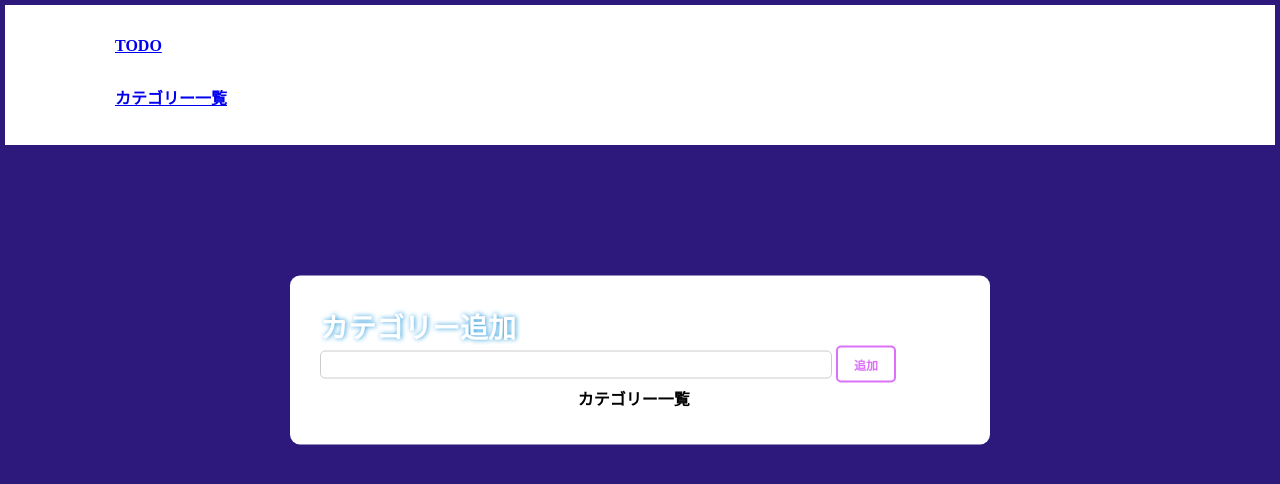
Repository: azuma2/cate
Page: http://localhost/cate
An editor plug-in stored every save of this project. The page is shown before and after the next save, followed by the edit.
The browser window is 1280 px wide. The pictures show the whole page.
The page is served by the project's Laravel application, run on PHP 8.4 with Laravel 8. Queries for data that is not in the repository find no rows.

Above is the page before, as saved 2022-05-18 00:57:58.

After the next save:
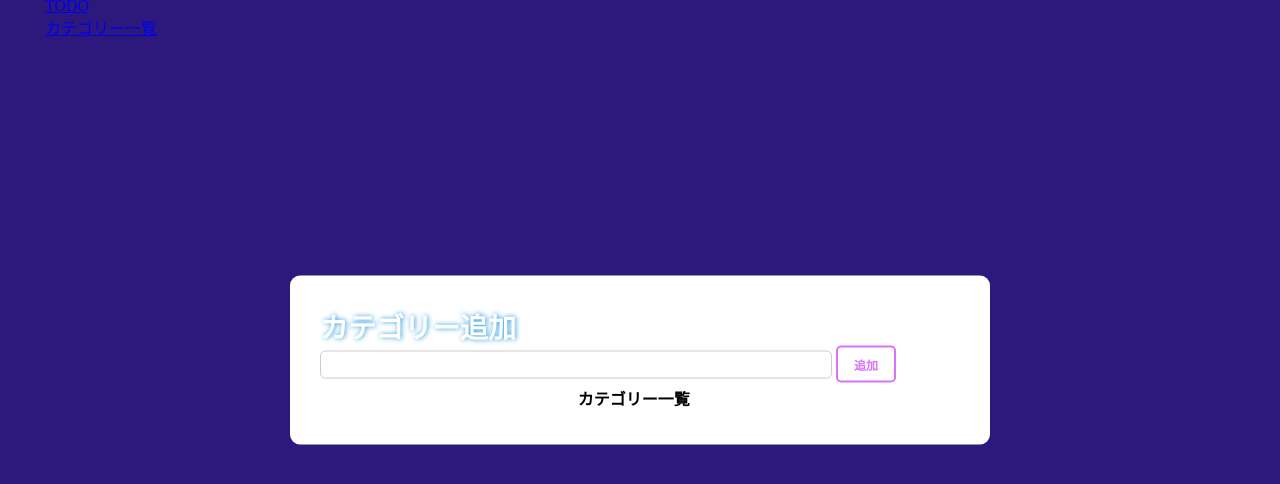
Saved 107 s later.
--- a/resources/views/cate.blade.php
+++ b/resources/views/cate.blade.php
@@ -5,33 +5,6 @@
       background-color: #2d197c;
     }
 
-
-header{
-  padding-right:50px;
-  padding-left:50px;
-  padding-top:20px;
-  position: sticky;
-  left: 0;
-  top: 0;
-  background: #fff;
-}
-.head {
-  justify-content: space-between;
-  display: flex;
-  font-weight: bolder;
-  position: sticky;
-  bottom: 0;
-}
-
-.head1{
-  padding: 10px;
-  margin: 10px;
-}
-
-.head2{
-  padding: 10px;
-  margin: 10px;
-}
 
 ul{
   list-style: none;
